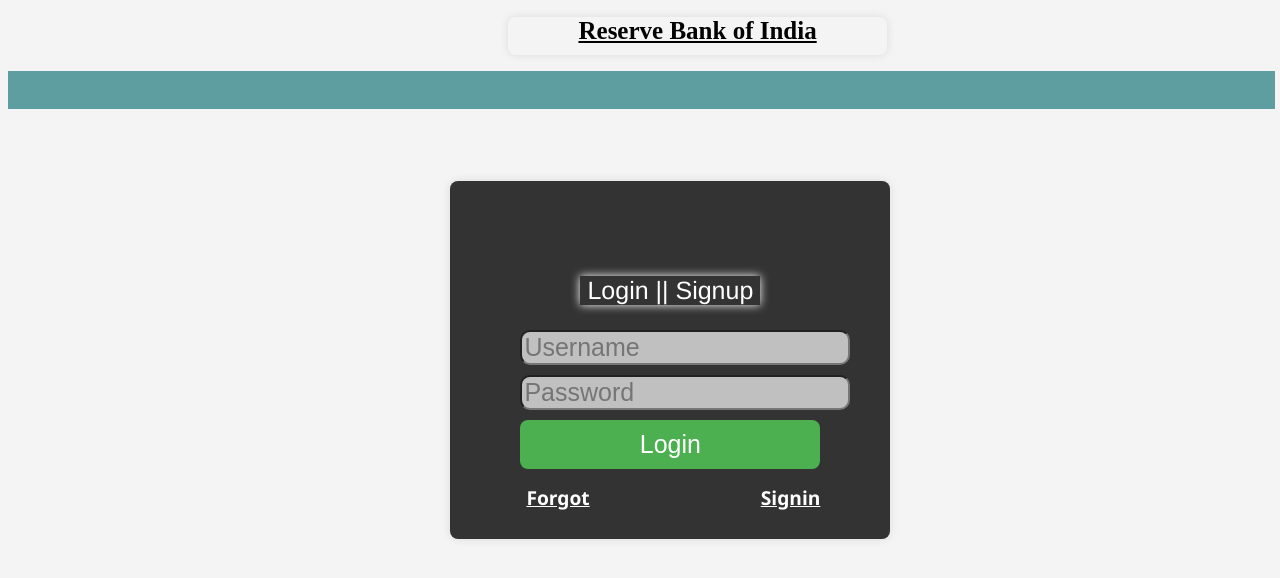
Repository: AbhishekSinghChouhan45/JSP-Projects
Page: http://localhost/BankProject/
These files come from the project's save history. The page is drawn as it stood at one moment and after the next save; the edit follows.
The browser window is 1280 px wide. The pictures show the whole page.
The page is served by Tomcat 10. Other server files are loaded and not shown.

Above is the page before, as saved 2023-12-09 06:11:15.

### BankProject/src/main/webapp/index.html
<!DOCTYPE html>
<html>
<head>
<meta charset="ISO-8859-1">
<title>RBI</title>
 <link rel="stylesheet" href="style.css">
</head>
<body>
			<div id="div1">
					<h1>Reserve Bank of India</h1>
					<marquee> |    NOTICE TO CUSTOMERS - As per RBI guidelines all Re-KYC/Periodic KYC due customers are requested to contact your home/nearest branch along with latest KYC documents and update your due KYC, if you have already updated your latest KYC with bank, please ignore this communication</marquee>
			</div>
			<div class="page">
				<p>	Login || Signup</p>
				<form>
					<input type="text" name="username" placeholder="Username" id="user"><br>
					<input type="password" name="password" placeholder="Password" id="user"><br>
<!--					<input type="button" name="b1" placeholder="Login/Signup" id="b1"><br>-->
					<button type="submit">Login</button><br>
					<a id="forgot" href="forgot.html">Forgot</a>
					<a id="signin" href="Signin.html">Signin</a>

				</form>


			</div>
</body>
</html>

### BankProject/src/main/webapp/style.css
*{
	background-color: #f4f4f4;
}
#div1 h1{
	 width: 30%;
    height: 1cm;
    border: 0px solid #333;
    text-align: center;
    font-size: 25px;
    color: rgb(0, 0, 0);
    border-radius: 8px;
    text-decoration: underline;
    margin-left: 500px;
     box-shadow: 0 0 10px rgba(0, 0, 0, 0.1);
	}
#div1 marquee{
   align-content: center;
	width: 99%;
	height: 1cm;
	background-color: cadetblue;
	color: white;
	font-size: 30px;
	position: absolute;
}
.page{
	margin-top: 10%;
	margin-left: 35%;
	 background-color: #333;
     box-shadow: 0 0 10px rgba(0, 0, 0, 0.1);
     padding: 70px;
     border-radius: 8px;
     width: 300px;
     text-align: center;
}
.page p{
	font-size: 25px;
	font-family: 'Franklin Gothic Medium', 'Arial Narrow', Arial, sans-serif;
	width: 60%;
	background-color: #333;
	color: white;
  	box-shadow:  0 0 10px rgb(255, 255, 255);
	margin-left: 20%;

}
form{
	background-color: #333;
}
form #user{
	font-size: 25px;
	border-radius: 10px;
	margin-bottom: 10px;
	background-color: rgb(192, 192, 192);

}
form button{
	 font-size: 25px;
            border: none;
            border-radius: 8px;
            padding: 10px;
            background-color: #4CAF50;
            color: #fff;
            width: 100%;
            cursor: pointer;
}
#forgot{
	margin-left: 2%;
	float: left;
	border: 2px;
}
#signin{
	float: right;

}
form a{
	background-color: #333;
	color: white;
	margin-top: 5%;
	font-size: larger;
	border-style: hidden;
	font-family: 'Segoe UI', Tahoma, Geneva, Verdana, sans-serif;
	font-weight: 600;
/*	box-shadow:  0 0 10px rgb(255, 255, 255);*/
	border-radius: 5px;
	outline-color: aqua;
}
/*Signin css properties*/

After the next save:
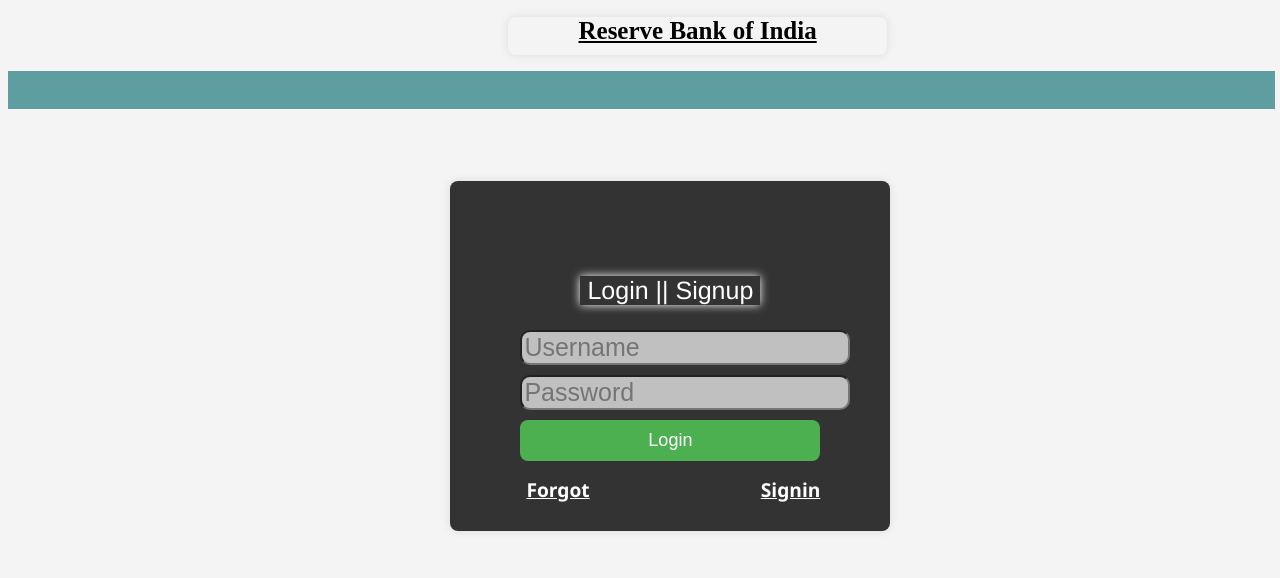
Saved 7 s later.
--- a/BankProject/src/main/webapp/style.css
+++ b/BankProject/src/main/webapp/style.css
@@ -53,7 +53,7 @@
 
 }
 form button{
-	 font-size: 25px;
+	 font-size: 18px;
             border: none;
             border-radius: 8px;
             padding: 10px;
